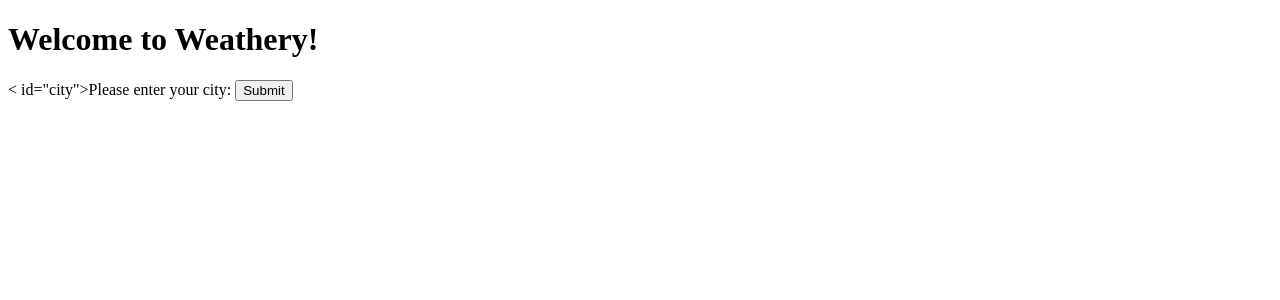
Repository: Chaunce-y/Weathery
Page: index.html
The author's editor kept a copy of each file at every save. The page is drawn from the files as they stood at one save, then again after the next save.
The browser window is 1280 px wide. The pictures show the whole page.

Above is the page before, as saved 2020-08-20 16:03:23.

After the next save:
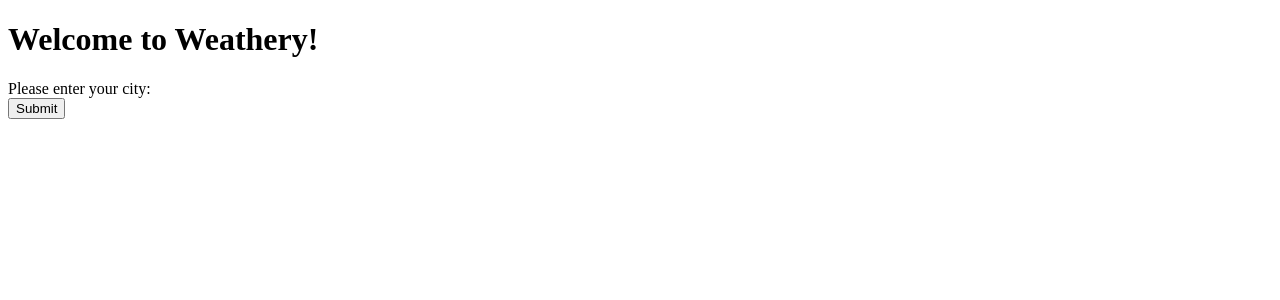
Saved 87 min 57 s later.
--- a/index.html
+++ b/index.html
@@ -10,7 +10,7 @@
 <body>
     <h1>Welcome to Weathery!</h1>
     <form>
-        < id="city">Please enter your city: </select>
+        <search id="city">Please enter your city: </search>
         <button type="submit">Submit</button>
     </form>
     <div id="results"></div>
